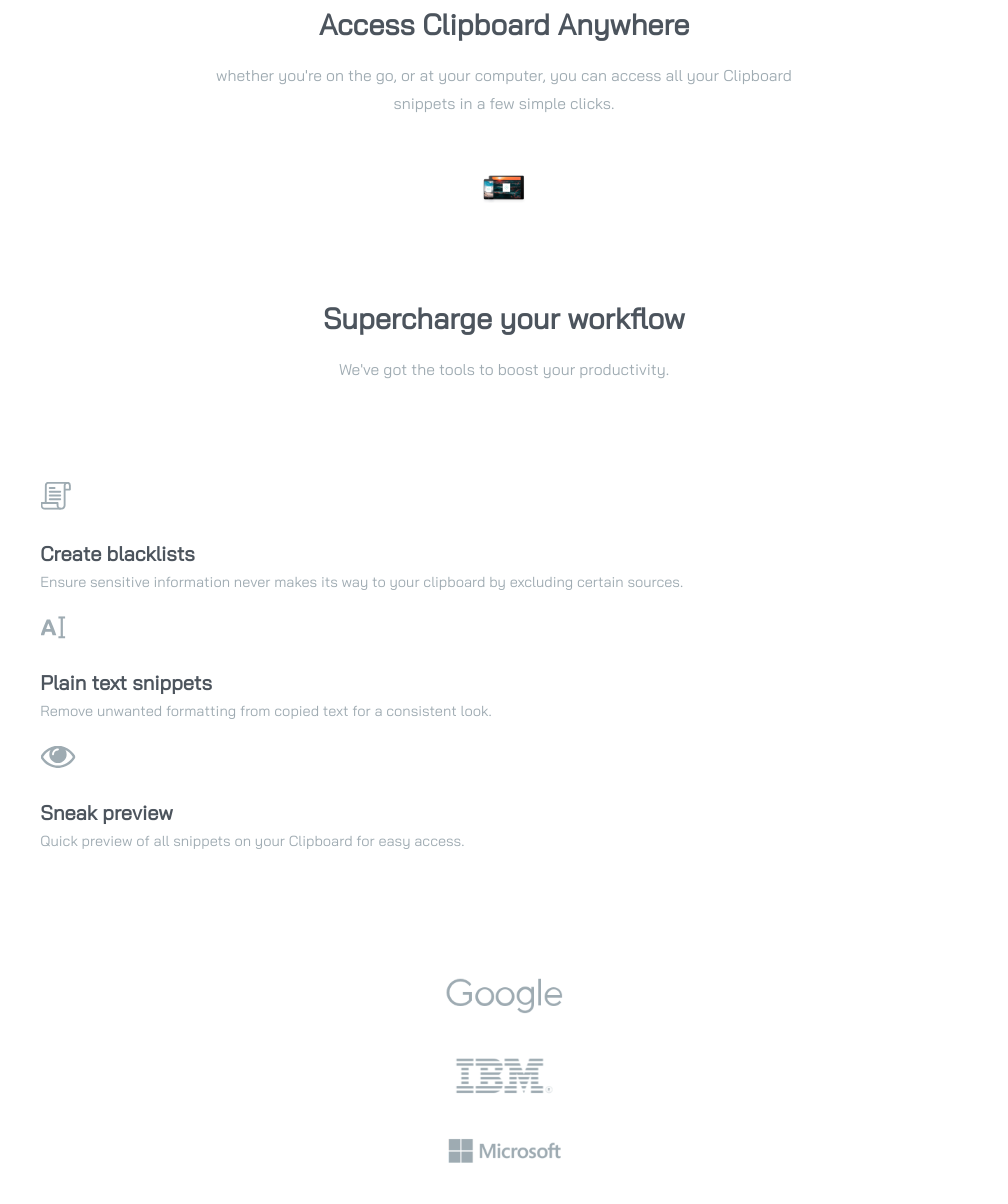
Repository: mikempho/Clipboard-landing-page
Page: index.html
An editor plug-in stored every save of this project. The page is shown before and after the next save, followed by the edit.
The browser window is 1440 px wide. The pictures show the part of the page from y = 1786 to 3506 px (the page is 5007 px tall before and 5576 px after), at 70% of full size.

Above is the page before, as saved 2022-04-12 08:27:19.

### index.html
<!DOCTYPE html>
<html lang="en">
  <head>
    <meta charset="UTF-8">
    <meta name="viewport" content="width=device-width, initial-scale=1.0"> <!-- displays site properly based on user's device -->

    <link rel="icon" type="image/png" sizes="32x32" href="./images/favicon-32x32.png">
    <link rel="stylesheet" href="/css/style.css">

    <title>Frontend Mentor | Clipboard landing page</title>

  </head>
  <body>
    <header class="header">
      <img class="logo" src="/images/logo.svg" alt="">
    </header>
    <main>
      <section class="hero">
        <h1>A history of  everything you copy</h1>
        <p>Clipboard allows you to track and organize everything you copy, instantly access your clipboard on all your devices.</p>
        <div class="buttons">
          <a class="iOS-btn" href="#">Download for iOS</a>
          <a class="mac-btn" href="#">Download for Mac</a>
        </div>
      </section>
      <section class="section-1">
        <h2 class="desktop-pad">Keep track of your  snippets</h2>
        <p class="desktop-pad">Clipboard instantly stores any item you copy in the cloud, meaning you can access your snippets immediately on all your devices. Our Mac and IOS apps will help you organize everything.</p>
        <div class="features">
          <img class="feature-img" src="/images/image-computer.png" alt="desktop-screen">
          <ul class="list-of-features">
            <li>
              <h3>Quick Search</h3>
              <p>Easily search your snippets by content, category, web address, application, and more.</p>
            </li>
            <li>
              <h3>iCloud Sync</h3>
              <p>Instantly saves and syncs snippets across all your devices</p>
            </li>
            <li>
              <h3>Complete History</h3>
              <p>Retrieve any snippets from the first moment you started using the app.</p>
            </li>
          </ul>
        </div>
      </section>
      <section class="section-2">
        <h2>Access Clipboard Anywhere</h2>
        <p>whether you're on the go, or at your computer, you can access all your Clipboard snippets in a few simple clicks.</p>
        <img class="mobile-tablet-screen" src="/images/image-devices.png" alt="mobile-tablet-screen">
      </section>
      <section class="section-3">
        <h2>Supercharge your  workflow</h2>
        <p>We've got the tools to boost your productivity.</p>
        <div>
          <ul class="list-of-features">
            <li>
              <img class="feature-icons" src="/images/icon-blacklist.svg" alt="paper-img">
              <h3>Create blacklists</h3>
              <p>Ensure sensitive information never makes its way to your clipboard by excluding certain sources.</p>
            </li>
            <li>
              <img class="feature-icons" src="/images/icon-text.svg" alt="AI-logo-img">
              <h3>Plain text snippets</h3>
              <p>Remove unwanted formatting from copied text for a consistent look.</p>
            </li>
            <li>
              <img class="feature-icons" src="/images/icon-preview.svg" alt="eye-img">
              <h3>Sneak preview</h3>
              <p>Quick preview of all snippets on your Clipboard for easy access.</p>
            </li>
          </ul>
        </div>
      </section>
      <section class="section-4">
        <ul class="company-logos">
          <li><img src="/images/logo-google.png" alt="google-logo"></li>
          <li><img src="/images/logo-ibm.png" alt="IBM-logo"></li>
          <li><img src="/images/logo-microsoft.png" alt="microsoft-logo"></li>
          <li><img src="/images/logo-hp.png" alt="hewlett-packard-enterprise-logo"></li>
          <li><img src="/images/logo-vector-graphics.png" alt="vector-graphics-logo"></li>
        </ul>
      </section>
      <section class="section-5">
        <h2>Clipboard for iOS and Mac OS</h2>
        <p>Available for free on the App store. Download for Mac or iOS, sync with iCloud and you're ready to start adding to your clipboard.</p>
        <div class="buttons">
          <a class="iOS-btn" href="">Download for iOS</a>
          <a class="mac-btn" href="">Download for Mac</a>
        </div>
      </section>
    </main>

    <footer>
      <div class="footer">
        <img class="footer-logo" src="/images/logo.svg" alt="logo">
        <ul class="footer-menu">
          <li><a href="#">FAQs</a></li>
          <li><a href="#">Contact Us</a></li>
          <li><a href="#">Privacy Policy</a></li>
          <li><a href="#">Press Kit</a></li>
          <li><a href="#">Install Guide</a></li>
        </ul>
        <ul class="social-links">
          <li><a href="https://www.facebook.com" target="_blank"><img src="/images/icon-facebook.svg" alt=""></a></li>
          <li><a href="https://www.twitter.com" target="_blank"><img src="/images/icon-twitter.svg" alt=""></a></li>
          <li><a href="https://www.instagram.com" target="_blank"><img src="/images/icon-instagram.svg" alt=""></a></li>
        </ul>
      </div>
      <p class="attribution">
        Challenge by <a href="https://www.frontendmentor.io?ref=challenge" target="_blank">Frontend Mentor</a>.
        Coded by <a href="#">Mike Matseane</a>.
      </p>
    </footer>
  </body>
</html>

### css/style.css
/* Mobile styling */

/* Universal styling */
body {
    margin: 0;
    padding: 0;
    text-align: center;
    Font-size: 18px;
    font-family: Bai-Jamjuree;
    line-height: 40px;
}

* {
    list-style: none;
    text-decoration: none;
}

:root {
    /* Primary colors */
    --Strong-Cyan: hsl(171, 66%, 44%);
    --Light-Blue: hsl(233, 100%, 69%);
    /* Neutral colors */
    --Dark-Grayish-Blue: hsl(210, 10%, 33%);
    --Grayish-Blue: hsl(201, 11%, 66%);
    /* Spacing */
    --container-padding: 4%;
}

@font-face {
    font-family: Bai-Jamjuree;
    src: url(/Assets/Fonts/Bai_Jamjuree/BaiJamjuree-Regular.ttf);
}

h1, h2, h3{
    color: var(--Dark-Grayish-Blue);
}

p {
    color: var(--Grayish-Blue);
}

/* header section */

.header {
    background-image: url(/images/bg-header-mobile.png);
    background-repeat: no-repeat;
    background-size: cover;
}

.logo {
    margin: 8rem 0 5rem 0;
}

/* hero section */
.hero, .section-5{
    padding-left: var(--container-padding);
    padding-right: var(--container-padding);
    margin-bottom: 8rem;
}

.buttons{
    margin-top: 2rem;
}
.buttons a {
    display: inline-block;
    padding: 12px 15px;
    width: 92%;
    margin: 12px 0;
    color: white;
    border-radius: 50px;
    font-weight: 600;
}

.iOS-btn {
    background-color: var(--Strong-Cyan);
    box-shadow: 2px 2px 0px 1px rgba(17, 140, 122, 0.9);

}

.mac-btn {
    background-color: var(--Light-Blue);
    box-shadow: 2px 2px 0px 1px rgba(37, 58, 216, 0.81);

}

/* Section-1 */

.section-1 {
    padding-left: var(--container-padding);
    padding-right: var(--container-padding);
    margin-bottom: 8rem;
}

.feature-img, .mobile-tablet-screen {
    margin-top: 60px;
    width: 92%;
}

/* Section-2 */

.section-2 {
    padding-left: var(--container-padding);
    padding-right: var(--container-padding);    margin-bottom: 8rem;
}

/* Section-3 */
.section-3 {
    padding-left: var(--container-padding);
    padding-right: var(--container-padding);
    margin-bottom: 8rem;
}

.feature-icons {
    margin-top: 30px;
}

.list-of-features {
    margin-top: 60px;
    padding: 0%;
}

/* Section 4 */

.section-4 {
    margin-bottom: 8rem;
}

.company-logos{
    padding:0%;
}

.company-logos li {
    padding-top: 50px;
}

/* footer section */
.footer {
    background-color: rgb(244, 244, 244);
    padding-top: 60px;
}

.footer-logo {
    width: 15%;
}

.footer-menu, .social-links {
    padding: 0;
    margin-bottom: 30px;
    font-weight: 600;
}

.footer-menu li {
    padding-top: 25px;
}

.social-links {
    display: flex;
    justify-content: center;
    align-items: center;
    margin: 0%;
}

.footer-menu a {
    color: var(--Grayish-Blue);
}

.social-links li {
    padding: 10px 20px 40px 20px;
}

.attribution a {
    color: aliceblue;
}

.attribution {
    margin: 0%;
    color: aliceblue;
    background-color: var(--Dark-Grayish-Blue);
    padding: 1rem 0;
}

/* Responsive - Desktop Styling */

@media (min-width: 1440px) {
    :root {
        --desktop-container: 23%;
    }

    h1{
        font-size: 3rem;
    }

    h2 {
        font-size: 2.6rem;
    }

    h3{
        font-size: 2rem;
    }

    p {
        font-size: 1.4rem;
    }
    /* header section */
    .header {
        background-image: url(/images/bg-header-desktop.png);
    }

    /* hero section */
    .hero, .section-5 {
        padding-left: var(--desktop-container);
        padding-right: var(--desktop-container);
    }

    .buttons {
        display: flex;
        justify-content: center;
    }

    .buttons a {
        width: 20%;
        margin: 0 15px;
    }

    /* section 1 */
    .section-1 .desktop-pad {
        padding: 0 17%;
    }

    .features {
        display: flex;
        font-size: 0.1rem;
    }

    .feature-img {
        position: relative;
        right: 120px;
        width: 100%;
    }

    .list-of-features {
        text-align: left;
        margin-top: 110px;
    }

    .list-of-features h3 {
        font-size: 1.8rem;
        padding: 0%;
        margin-bottom: 0px;
    }
    .list-of-features p {
        font-size: 1.3rem;
        padding: 0%;
        margin: 0px;
    }

    .section-2 {
        padding: 0 20%;
    }

    .mobile-tablet-screen{
        width: 4rem;
    }
}

After the next save:
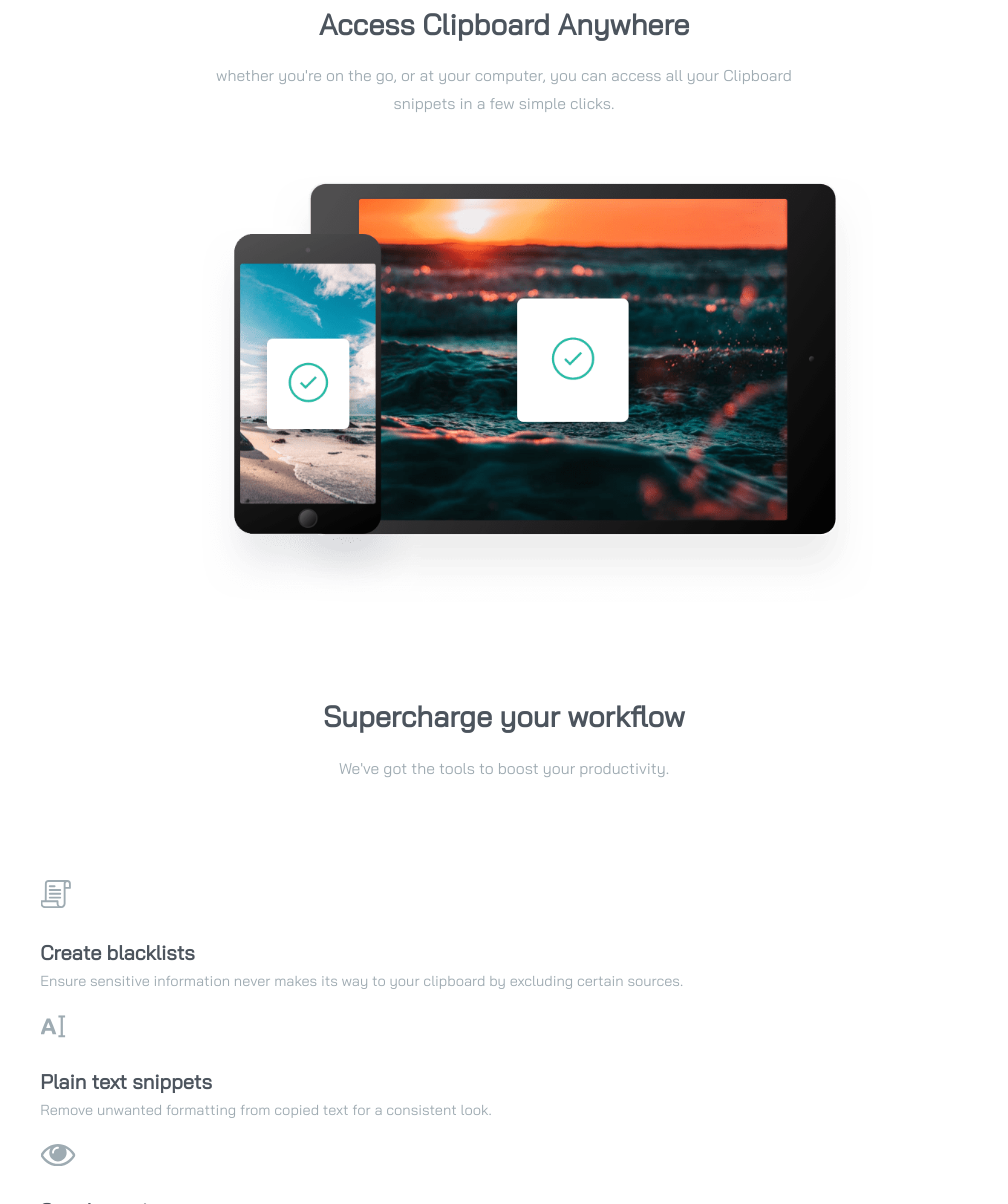
Saved 4 s later.
--- a/css/style.css
+++ b/css/style.css
@@ -259,6 +259,6 @@
     }
 
     .mobile-tablet-screen{
-        width: 4rem;
-    }
-}
+        width: 60rem;
+    }
+}
